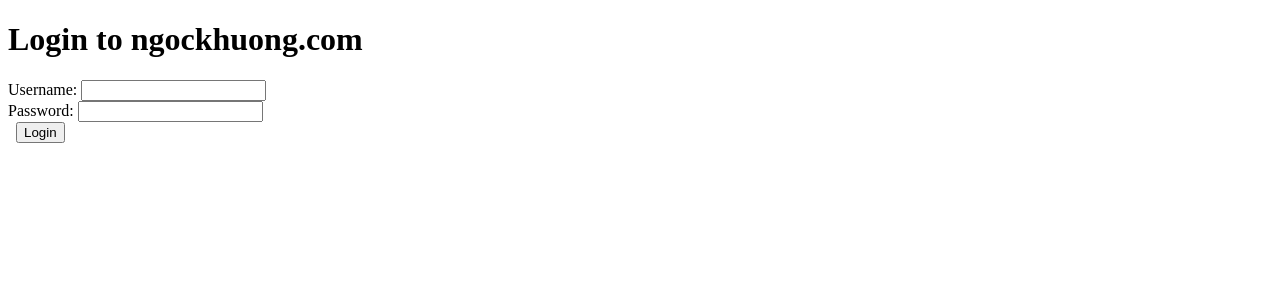
Repository: hoangkhanh2208/Jsp-Servlet-JDBC-Learn
Page: http://localhost/JavaWebMVC/login
An editor plug-in stored every save of this project. The page is shown before and after the next save, followed by the edit.
The browser window is 1280 px wide. The pictures show the whole page.
The page is served by Tomcat 9.

Above is the page before, as saved 2021-05-20 15:14:05.

After the next save:
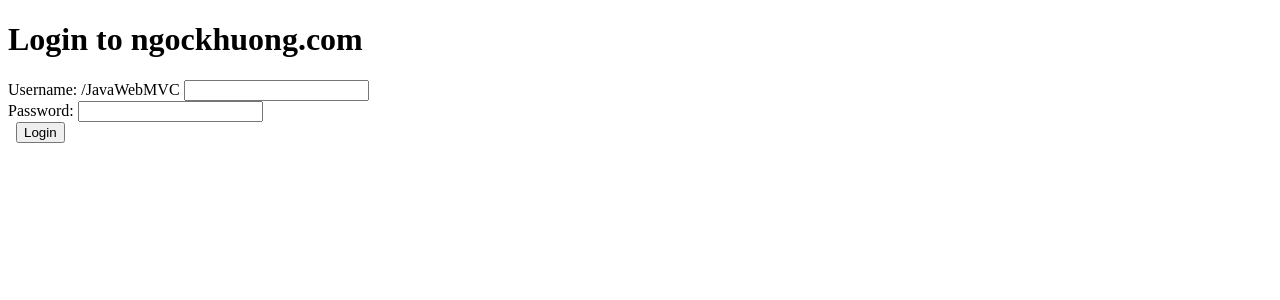
Saved 5 min 19 s later.
--- a/JavaWebMVC/src/main/webapp/view/login.jsp
+++ b/JavaWebMVC/src/main/webapp/view/login.jsp
@@ -17,7 +17,7 @@
 	%>
 
 	<form action="<%=request.getContextPath() %>" method="POST">
-		<label> Username: </label>
+		<label> Username: <%=request.getContextPath() %></label>
         <input type="text" name="username"> <br>
         <label> Password: </label>
         <input type="password" name="password"> <br>

After the save that followed:
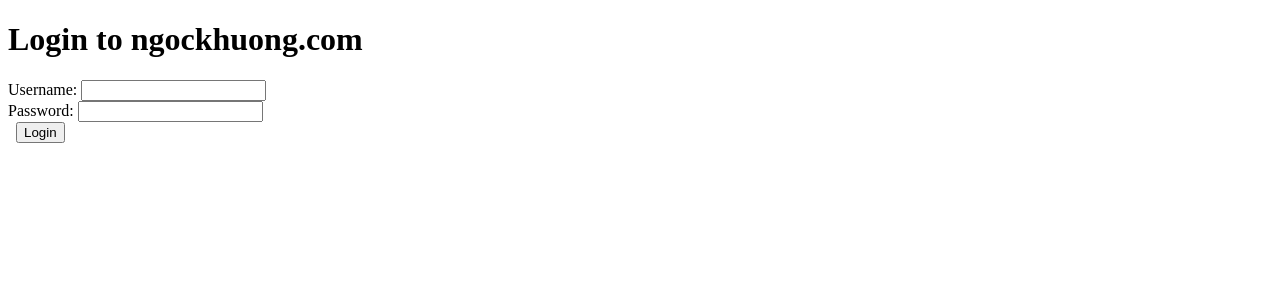
Saved 47 s later.
--- a/JavaWebMVC/src/main/webapp/view/login.jsp
+++ b/JavaWebMVC/src/main/webapp/view/login.jsp
@@ -17,7 +17,7 @@
 	%>
 
 	<form action="<%=request.getContextPath() %>" method="POST">
-		<label> Username: <%=request.getContextPath() %></label>
+		<label> Username: </label>
         <input type="text" name="username"> <br>
         <label> Password: </label>
         <input type="password" name="password"> <br>
